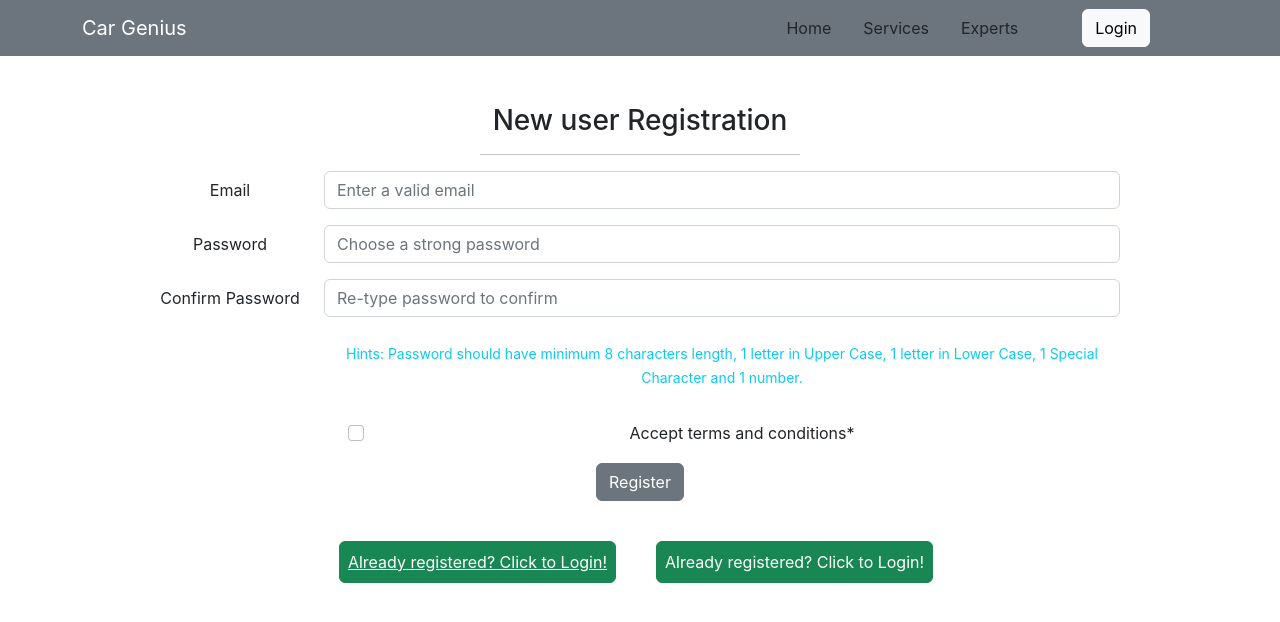
Repository: Sharif-00112/genius-car-service-client
Page: /register
An editor plug-in stored every save of this project. The page is shown before and after the next save, followed by the edit.
The browser window is 1280 px wide. The pictures show the whole page.
The project was rebuilt for these pictures with package versions that can differ from the ones it lists, and the page was loaded fresh each time. Also part of the build but not shown: src/Pages/Home/Banner/Banner.js, src/Pages/Home/Expert/Expert.js, src/Pages/Home/Experts/Experts.js, src/Pages/Home/Service/Service.css, src/Pages/Home/Service/Service.js, src/Pages/Home/Services/Services.css, src/Pages/Home/Services/Services.js, src/Pages/Home/Home/Home.js and 4 more.

Above is the page before, as saved 2022-09-08 17:32:25.

After the next save:
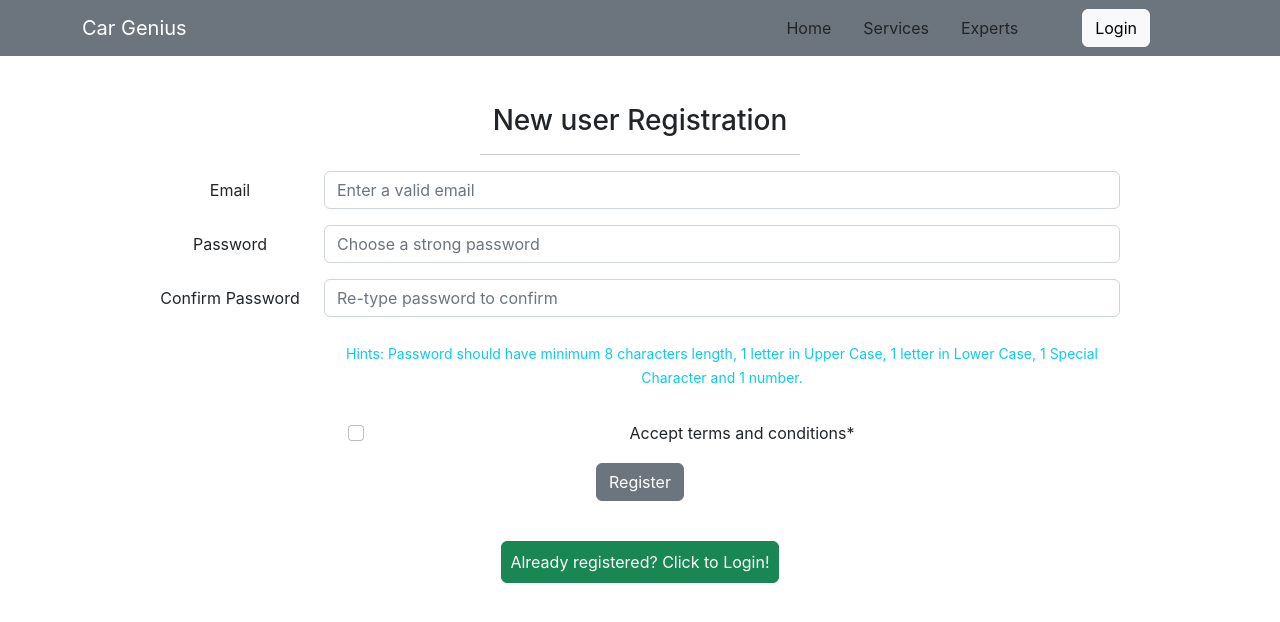
Saved 7 s later.
--- a/src/Pages/Login/Register/Register.js
+++ b/src/Pages/Login/Register/Register.js
@@ -49,7 +49,7 @@ const Register = () => {
                 </form>
 
             <br />
-            <button className='btn btn-success p-2 m-3'><Link className='text-decoration-none text-white' to="/login"><u>Already registered? Click to Login!</u></Link></button>
+            {/* <button className='btn btn-success p-2 m-3'><Link className='text-decoration-none text-white' to="/login"><u>Already registered? Click to Login!</u></Link></button> */}
 
             <Link className='text-decoration-none text-white m-2' to="/login"><u><button className='btn btn-success p-2 m-3'>Already registered? Click to Login!</button></u></Link>
 
